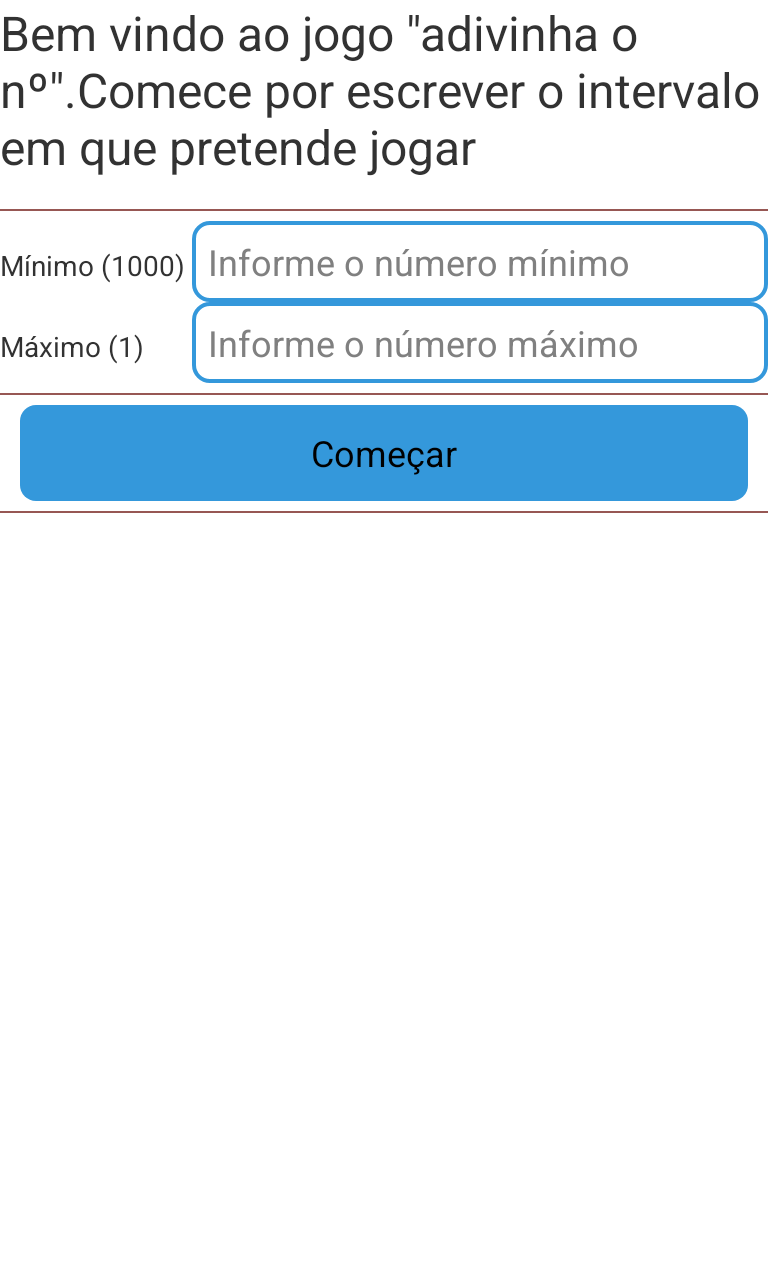
Repository: gokugohan/ddm
Layout: JogoDeAdivinha/res/layout/activity_inicial.xml
The author's editor kept a copy of each file at every save. The layout is drawn from the files as they stood at one save, then again after the next save.
It is drawn on a 768 x 1280 px phone screen (xhdpi) without system bars, with theme AppTheme; the app's code is not run.

Above is the layout before, as saved 2014-11-07 11:50:32.

### JogoDeAdivinha/res/layout/activity_inicial.xml
<LinearLayout xmlns:android="http://schemas.android.com/apk/res/android"
    xmlns:tools="http://schemas.android.com/tools"
    android:layout_width="match_parent"
    android:layout_height="match_parent"
    android:orientation="vertical" >

    <TextView
        android:id="@+id/id_tv_intro"
        android:layout_gravity="center"

        android:layout_width="wrap_content"
        android:layout_height="wrap_content"
        android:text="@string/str_info_jogo"
        android:textSize="24sp"
        />

     <View android:layout_width="match_parent"
       android:layout_marginTop="15dp"
       android:layout_marginBottom="5dp"
       android:layout_height="1dp"
       android:background="#ff975754"/>

    <LinearLayout
        android:layout_width="match_parent"
        android:layout_height="wrap_content"
        android:orientation="horizontal"
        android:weightSum="2" >

        <TextView android:layout_width="0dp"
            android:layout_height="wrap_content"
            android:layout_weight="0.5"
            android:textSize="14sp"
            android:text="@string/str_min"/>

        <EditText
            android:id="@+id/id_et_min"
            android:layout_width="0dp"
            android:layout_weight="1.5"
            android:layout_height="wrap_content"
            android:background="@drawable/custom_edittext"
            android:hint="@string/str_info_min"
            android:inputType="number" />
    </LinearLayout>


   <LinearLayout
        android:layout_width="match_parent"
        android:layout_height="wrap_content"
        android:orientation="horizontal"
        android:weightSum="2" >

        <TextView android:layout_width="0dp"
            android:layout_height="wrap_content"
            android:layout_weight="0.5"
            android:textSize="14sp"
            android:text="@string/str_max"/>

        <EditText
            android:id="@+id/id_et_max"
            android:layout_width="0dp"
            android:layout_weight="1.5"
            android:layout_height="wrap_content"
            android:background="@drawable/custom_edittext"
            android:hint="@string/str_info_max"
            android:inputType="number" />
    </LinearLayout>

  <View android:layout_width="match_parent"
       android:layout_marginTop="5dp"
       android:layout_marginBottom="5dp"
       android:layout_height="1dp"
       android:background="#ff975754"/>

   <Button android:id="@+id/id_btn_comecar"
       android:layout_width="match_parent"
       android:layout_height="wrap_content"
       android:layout_marginLeft="10dp"
       android:layout_marginRight="10dp"
       android:text="@string/str_comecar"
       android:background="@drawable/custom_button"/>

   <View android:layout_width="match_parent"
       android:layout_marginTop="5dp"
       android:layout_marginBottom="5dp"
       android:layout_height="1dp"
       android:background="#ff975754"/>

   <TextView android:id="@+id/id_tv_feedback"
       android:layout_width="match_parent"
       android:layout_height="wrap_content"/>

</LinearLayout>

### JogoDeAdivinha/res/values/strings.xml
<?xml version="1.0" encoding="utf-8"?>
<resources>

    <string name="app_name">Jogo de adivinha</string>
    <string name="hello_world">Hello world!</string>
    <string name="action_settings">Settings</string>

    <string name="str_info_jogo">Bem vindo ao jogo \"adivinha o nº\".Comece por escrever o intervalo em que pretende jogar</string>
    <string name="str_info_min">Informe o número mínimo</string>
    <string name="str_info_max">Informe o número máximo</string>
    <string name="str_comecar">Começar</string>
    <string name="str_max">Máximo (1)</string>
    <string name="str_min">Mínimo (1000)</string>
    <string name="numero_a_jogar">Número a jogar</string>
    <string name="jogar">Jogar</string>
    <string name="restart">Restart</string>
</resources>

### JogoDeAdivinha/res/drawable/custom_edittext.xml
<?xml version="1.0" encoding="utf-8"?>
<shape xmlns:android="http://schemas.android.com/apk/res/android" >

    <corners
        android:radius="8dp"
        />

    <stroke android:width="2dp"
        android:color="#3498db"/>

     <padding
        android:bottom="8dp"
        android:left="8dp"
        android:right="8dp"
        android:top="8dp" />
</shape>

### JogoDeAdivinha/res/drawable/custom_button.xml
<?xml version="1.0" encoding="utf-8"?>
<shape xmlns:android="http://schemas.android.com/apk/res/android" >

    <corners
        android:bottomLeftRadius="8dp"
        android:bottomRightRadius="8dp"
        android:topLeftRadius="8dp"
        android:topRightRadius="8dp" />

    <solid android:color="#3498db"/>
</shape>

Loaded but not shown: JogoDeAdivinha/res/values/styles.xml (common file); JogoDeAdivinha/res/values-v11/styles.xml (common file); JogoDeAdivinha/res/values-v14/styles.xml (common file)

After the next save:
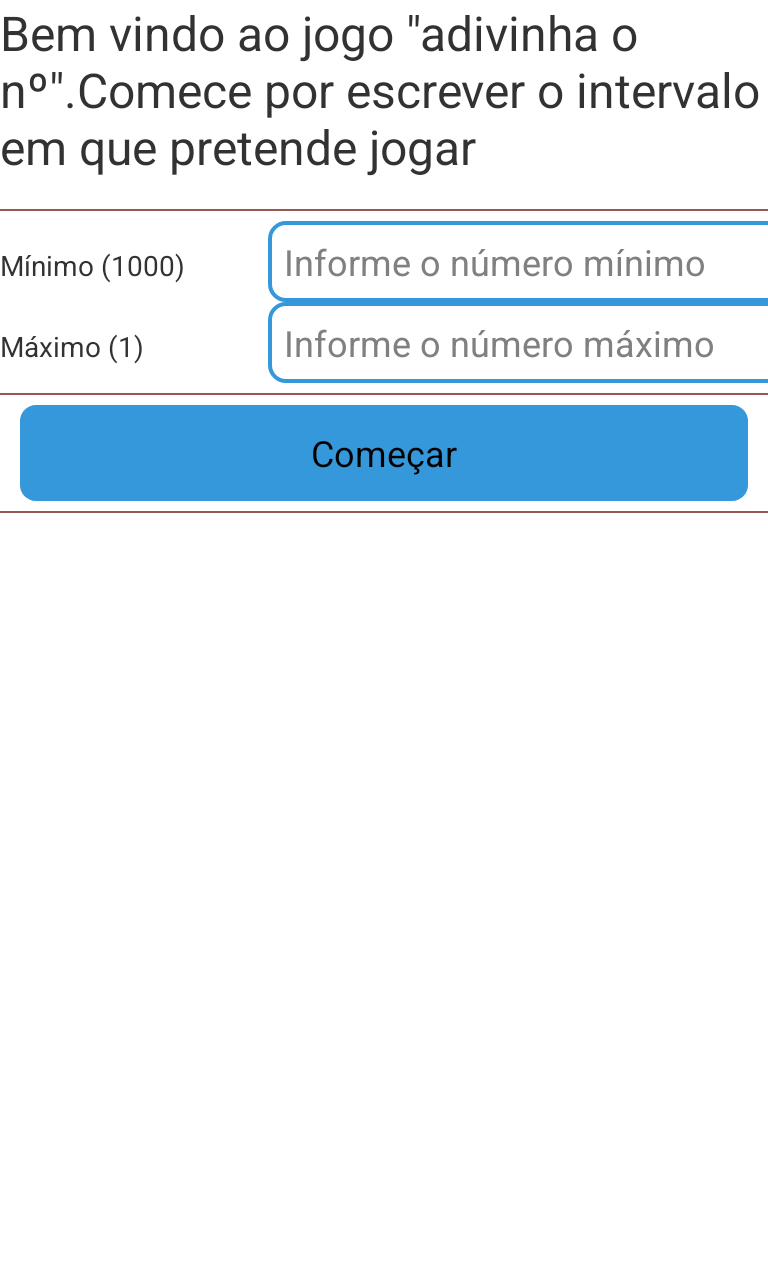
Saved 10 s later.
--- a/JogoDeAdivinha/res/layout/activity_inicial.xml
+++ b/JogoDeAdivinha/res/layout/activity_inicial.xml
@@ -28,7 +28,7 @@
 
         <TextView android:layout_width="0dp"
             android:layout_height="wrap_content"
-            android:layout_weight="0.5"
+            android:layout_weight="0.7"
             android:textSize="14sp"
             android:text="@string/str_min"/>
 
@@ -51,7 +51,7 @@
 
         <TextView android:layout_width="0dp"
             android:layout_height="wrap_content"
-            android:layout_weight="0.5"
+            android:layout_weight="0.7"
             android:textSize="14sp"
             android:text="@string/str_max"/>
 
